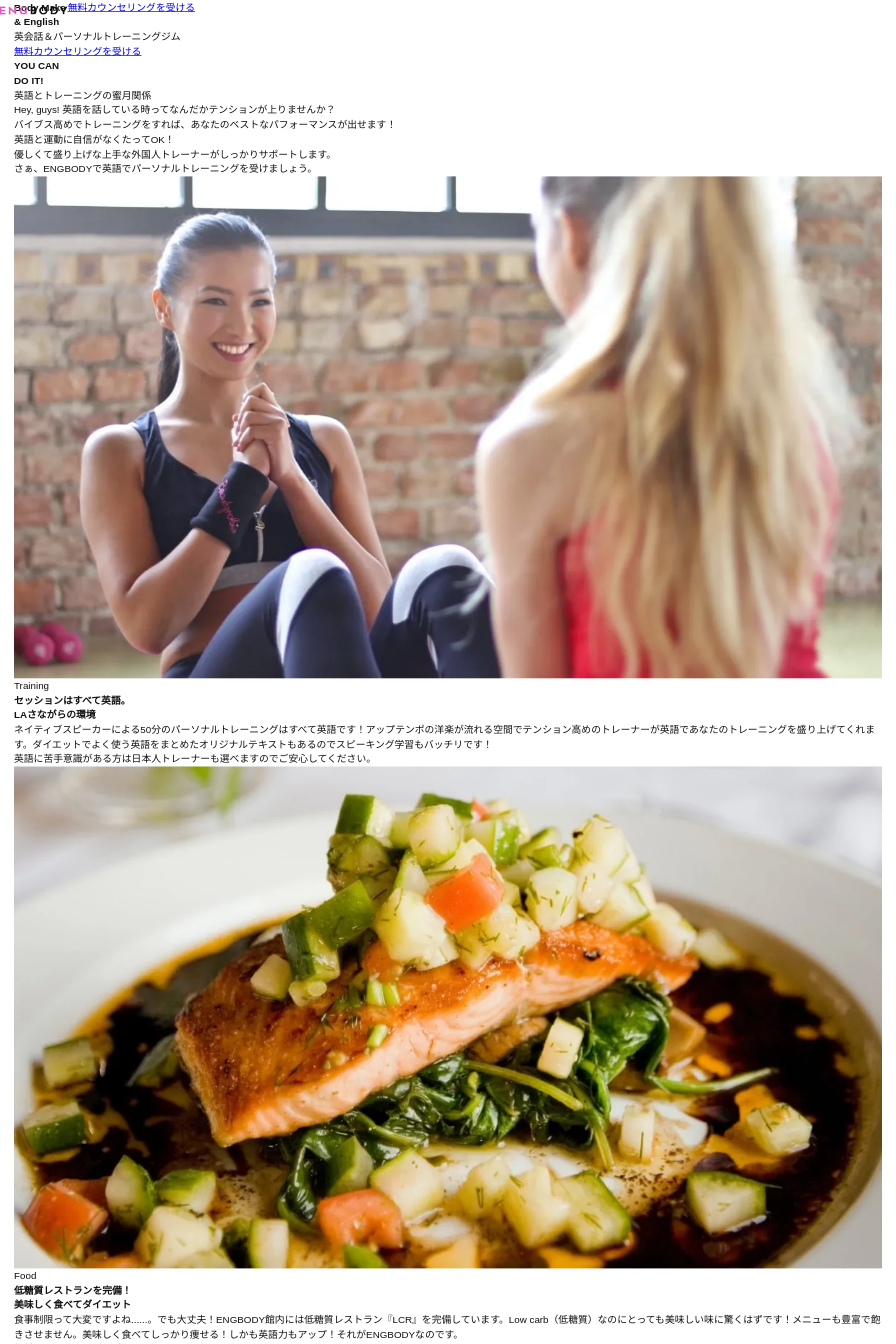
Repository: tetishi/engbody
Page: index.html
The author's editor kept a copy of each file at every save. The page is drawn from the files as they stood at one save, then again after a run of saves.
The browser window is 1280 px wide. The pictures show the part of the page from y = 0 to 1920 px (the page is 11968 px tall), at 70% of full size.
The style sheet was rebuilt from its Sass, Less or Tailwind sources for each picture, by a compiler version that may differ from the author's.

Above is the page before, as saved 2023-07-25 15:48:07.

After the next 3 saves:
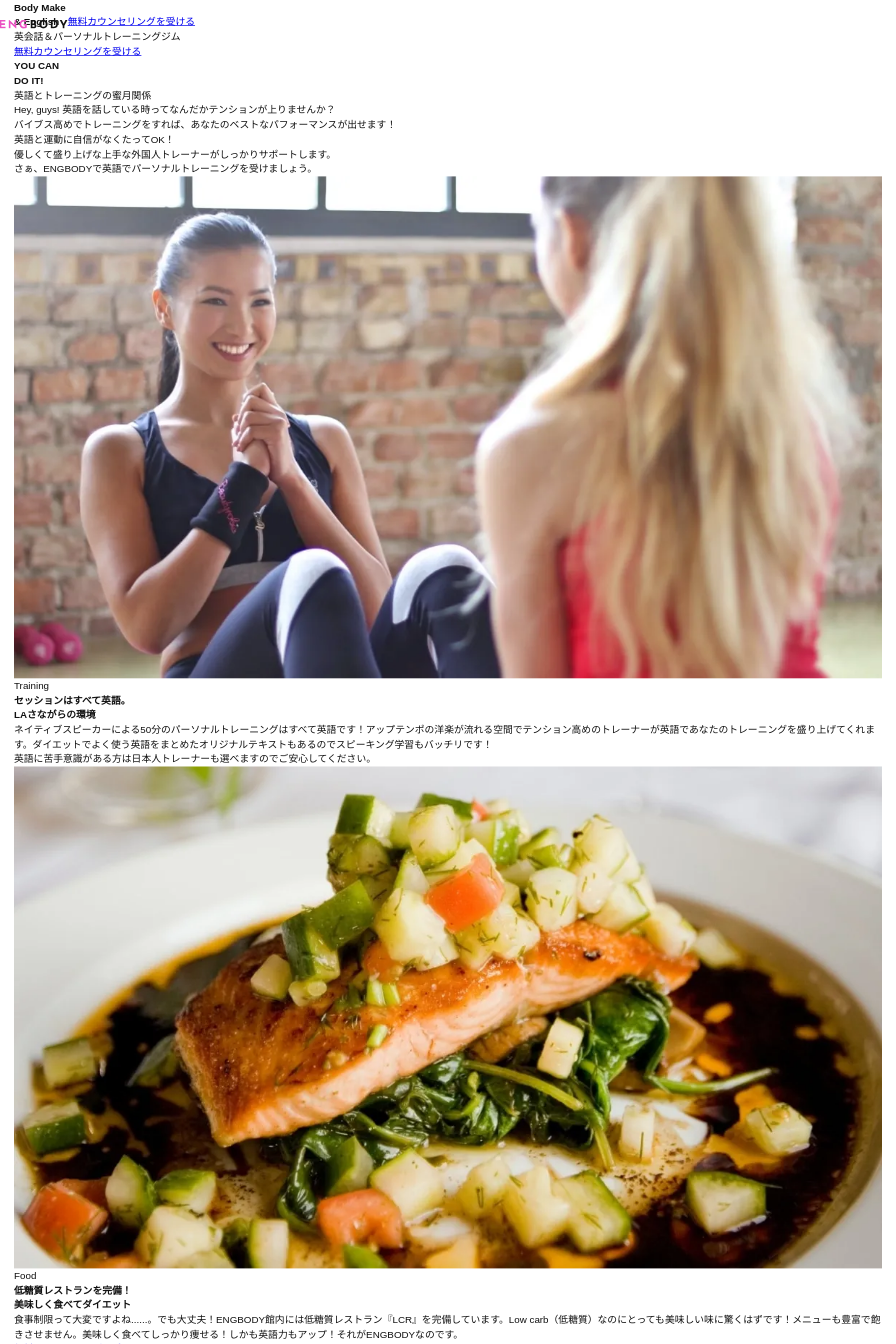
The 3 saves are shown as one change because they came seconds apart.
The last was saved 31 min 11 s later.
--- a/css/style.scss
+++ b/css/style.scss
@@ -42,7 +42,6 @@ img {
 // header
 .header {
     position: fixed;
-    height: 60px;
     // width: 100%;
     top: 0;
     left: 0;
@@ -52,4 +51,5 @@ img {
     display: flex;
     justify-content: space-between;
     align-items: center;
+    height: 60px;
 }
